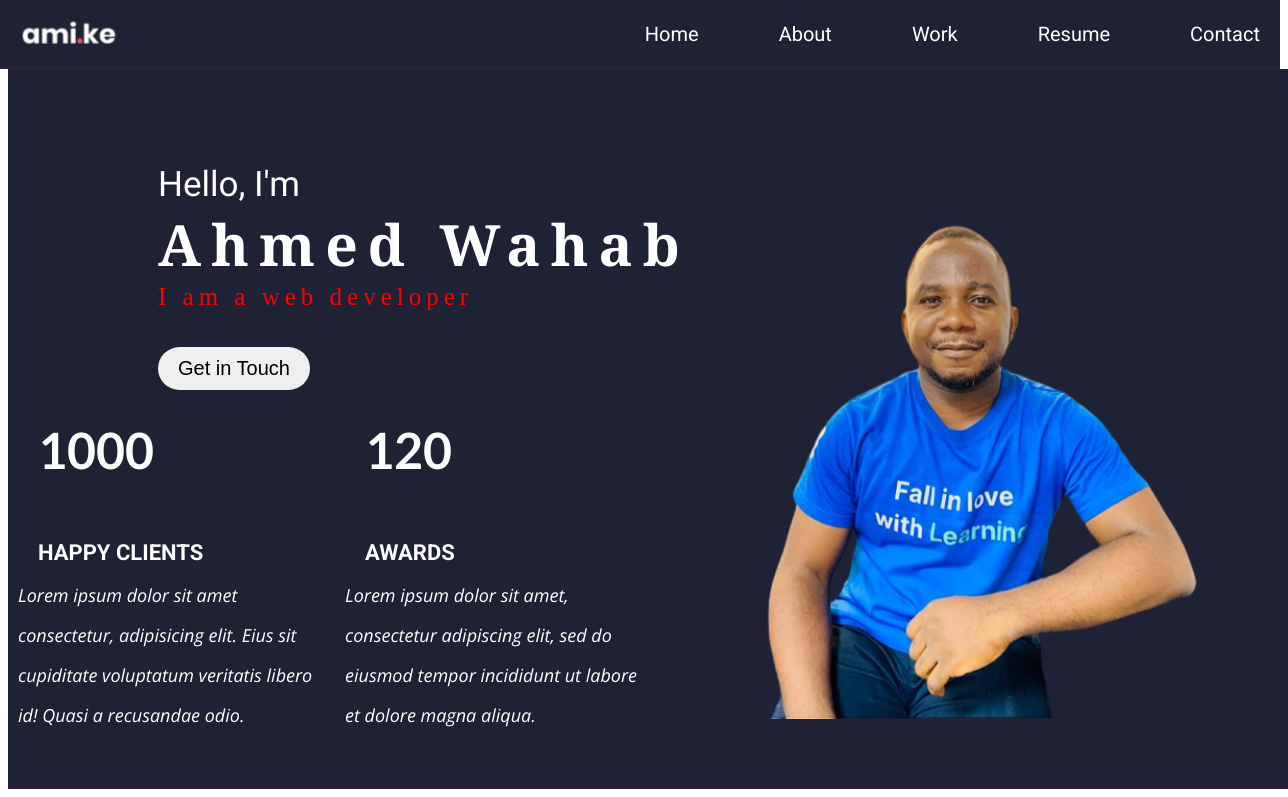
Repository: imokha01/HTML
Page: index.html
An editor plug-in stored every save of this project. The page is shown before and after the next save, followed by the edit.
The browser window is 1280 px wide. The page is 1288 px wide, so the pictures cover 1288 px, including what lies to the right of the window. The pictures show the whole page.

Above is the page before, as saved 2023-11-27 23:52:13.

After the next save:
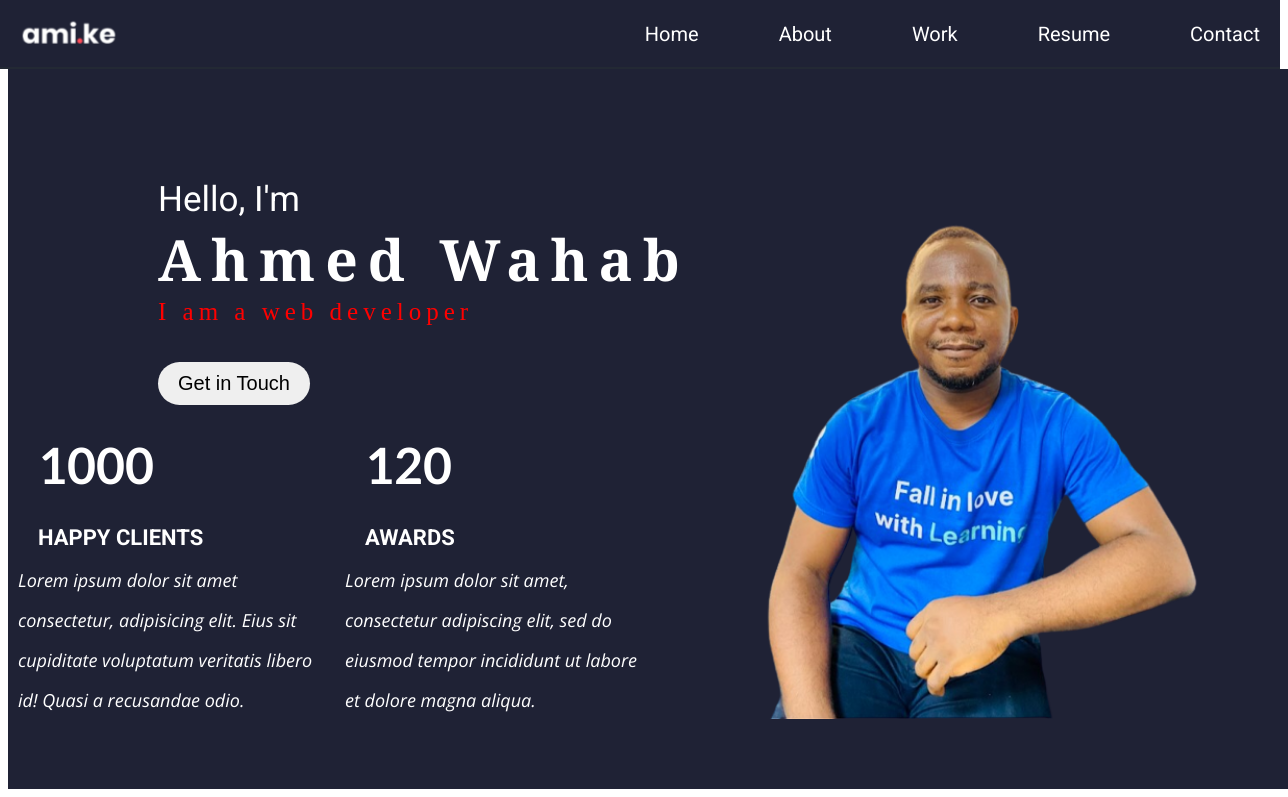
Saved 13 s later.
--- a/index.css
+++ b/index.css
@@ -164,7 +164,7 @@ h1 {
   font-family: "Roboto", sans-serif;
   font-size: 22px;
   color: white;
-  padding: 30px 30px 0;
+  padding: 0px 30px 0;
   margin: 0px;
   /* position: absolute;
   top: -150px; */
